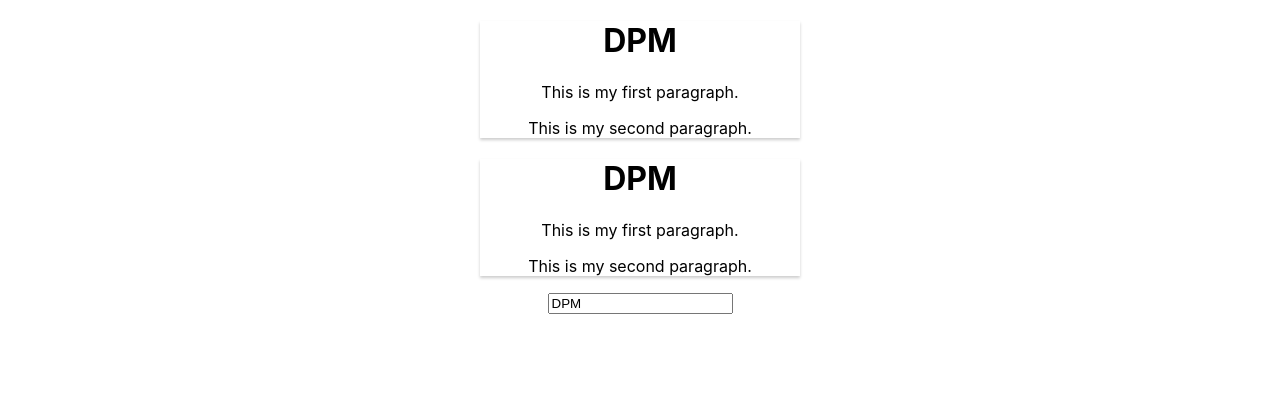
Repository: AidanHak/udemy-react-guide
Page: / (app in base-syntax--assignment-problem/)
The author's editor kept a copy of each file at every save. The page is drawn from the files as they stood at one save, then again after the next save.
The browser window is 1280 px wide. The pictures show the whole page.
The project was rebuilt for these pictures with package versions that can differ from the ones it lists, and the page was loaded fresh each time.

Above is the page before, as saved 2020-12-17 19:33:32.

After the next save:
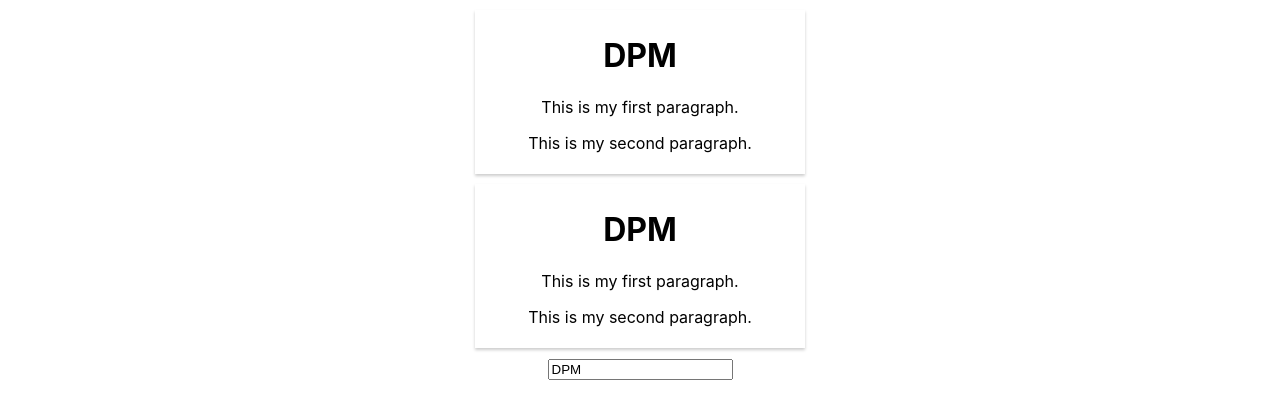
Saved 11 s later.
--- a/base-syntax--assignment-problem/src/UserOutput/UserOutput.js
+++ b/base-syntax--assignment-problem/src/UserOutput/UserOutput.js
@@ -3,6 +3,7 @@ import React from 'react';
 const UserOutput = (props) => {
 	const style = {
 		width: '25%',
+		padding:'5px',
 		margin: '10px auto',
 		boxShadow: '0 2px 3px #ccc'
 	}
